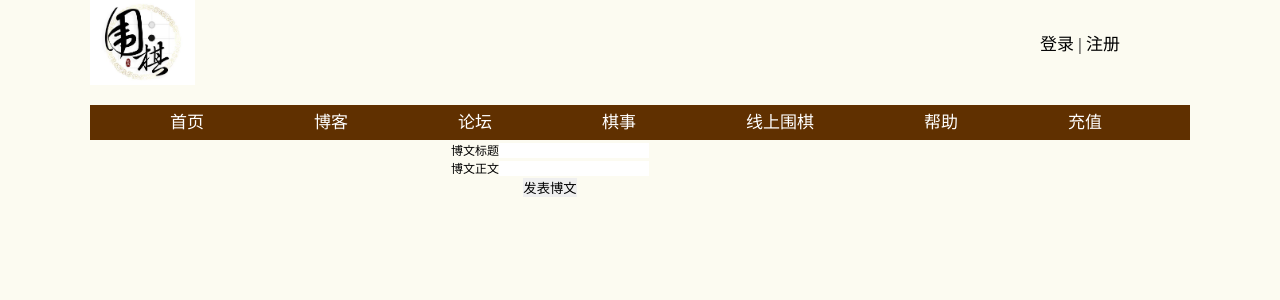
Repository: yxh0/Go
Page: http://localhost/keshe/keshe/blog_post.jsp
An editor plug-in stored every save of this project. The page is shown before and after the next save, followed by the edit.
The browser window is 1280 px wide. The pictures show the whole page.
The page is served by Tomcat 9. Other server files are loaded and not shown.

Above is the page before, as saved 2020-06-11 04:00:38.

### SoftwareProjectGo/keshe/WebContent/keshe/blog_post.jsp
<%@ page language="java" contentType="text/html; charset=UTF-8"
    pageEncoding="UTF-8"%>
<%@ page import="java.sql.*" %>
<!DOCTYPE html>
<html>
<head>
<meta charset="UTF-8">
<title>博客页面</title>
<link rel="stylesheet" href="css/init.css">
<link rel="stylesheet" href="css/public.css">
<link rel="stylesheet" href="css/blog_post.css">
</head>
<body>
	<div class="header w">
		<div class="logo">
			<img src="images/logo.jpg" alt="" />
		</div>
		<div class="login">
			<ul>
				<li>
					<a href="login.jsp">登录</a> |
					<a href="register.jsp">注册</a>
				</li>
			</ul>
		</div>
	</div>
	<!-- 导航栏 -->
	<div class="nav w">
		<div class="container">
			<ul class="left">
		    	<li><a href="index.jsp" >首页</a></li>
		    	<li><a href="blog.jsp" >博客</a></li>
		    	<li><a href="luntan.jsp" >论坛</a></li>
		    	<li><a href="qishi.jsp" >棋事</a></li>
		    	<li><a href="xianshangweiqi.jsp" >线上围棋</a></li>
		    	<li><a href="bangzhu.jsp" >帮助</a></li>
		    	<li><a href="chongzhi.jsp" >充值</a></li>
			</ul>
  		</div>
	</div>
	<div class="blogg">
		<div class="border w"></div>
		<form action="insertServlet?dataBase=weiqiluntan&tableName=chess_user" name="register" method="post">
			<center>
				博文标题<input name="blog_title" type="text" type="password" class="code"><br>
				博文正文<input name="blog_text" type="text" placeholder="" class="code"><br>
				<input type="submit" value="发表博文" class="now-register">
			</center>
         </form>
	</div>
</body>
</html>

### SoftwareProjectGo/keshe/WebContent/keshe/css/init.css
@charset "UTF-8";
/* 基础的初始化 */
* {
    margin: 0;
    padding: 0;
    box-sizing: border-box;
}
/* em 和 i 斜体的文字不倾斜 */
em,
i {
    font-style: normal
}

li {
    list-style: none
}

img {
    border: 0;
    vertical-align: middle
}

button {
    cursor: pointer
}

a {
    text-decoration: none
}

button,
input {
    font-family: Microsoft YaHei, Heiti SC, tahoma, arial, Hiragino Sans GB, "\5B8B\4F53", sans-serif;
    /* 默认有灰色边框我们需要手动去掉 */
    border: 0;
    outline: none;
}

body {
    -webkit-font-smoothing: antialiased;
    background-color: #fff;
    font: 12px/1.5 Microsoft YaHei, Heiti SC, tahoma, arial, Hiragino Sans GB, "\5B8B\4F53", sans-serif;
    color: black;
}

.hide,
.none {
    display: none
}
/* 清除浮动 */
.clearfix:after {
    visibility: hidden;
    clear: both;
    display: block;
    content: ".";
    height: 0
}

.clearfix {
    *zoom: 1
}

### SoftwareProjectGo/keshe/WebContent/keshe/css/public.css
@charset "UTF-8";
/* 版心 */
body {
	background-color: #fcfbf1;
}
.w {
    width: 1100px;
    margin: 0 auto;
}
.nav {
    height: 35px;
    background-color: #603000;
    line-height: 35px;
}
.nav ul li{
	float: left;
}
.nav li a{
	color: white;
	font-size: 17px;
	border-right: 20px;
	padding: 20px 30px;
	margin-left: 50px;
}
.nav li a:hover{
	color: yellow;
}
.header {
    position: relative;
    height: 105px;
}
.logo {
	position: absolute;
	width: 105px;
	height: 85px;
}
.logo img {
	width: 100%;
	height: 100%;
}
.login {
	margin-left: 950px;
	margin-top: 30px;
	position: absolute;
	font: 17px Microsoft YaHei;
	text-align: center;
}
.login li a{
	color: black;
}
.login li a:hover {
	color: #ebc21f;
}
.footer p {
    width: 250px;
    font-size: 20px;
    color: #7B7B7B;
    margin: 60px auto;
}

### SoftwareProjectGo/keshe/WebContent/keshe/css/blog_post.css
@charset "UTF-8";
.big {
	margin-top: 20px;
}
.self {
	float: left;
	margin-right: 30px;
}
.big .self h4,
.big .blogg h4 {
	width: 250px;
	border-bottom: solid 1px #603000;
	margin-bottom: 15px;
	font-size: 15px;
	weight: 500;
	color: #8f6a40;
}
.big .self button {
	width: 120px;
    height: 30px;
    margin: 10px 65px;
    border: 1px solid #E2E2E2;
    text-align: center;
    line-height: 30px;
    font-size: 15px;
    color: #000;
    background: #ededf1;
}
.big .self .info {
	margin-top: 15px;
	margin-left: 75px;
}
.big .self .info p{
	font-size: 14px;
	weight: 500;
	color: #909090;
}
.blogg {
	float: left;
}
.big .blogg h4,
.big .blogg .cont {
	width: 820px;
}
.big .blogg .cont h2 {
	margin: 5px;
}
.big .blogg .cont a {
	color: #000;
}
.big .blogg .cont a:hover {
	color: #ebc21f;
}
.big .blogg .cont p {
	margin-bottom: 35px;
	color: #8a8a8a;
}
.big .blogg .cont .people {
	font-size: 13px;
}

After the next save:
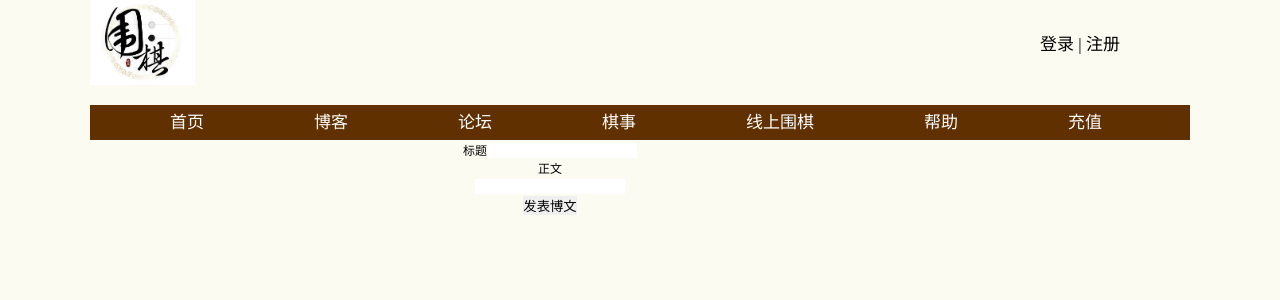
Saved 2 min 43 s later.
--- a/SoftwareProjectGo/keshe/WebContent/keshe/blog_post.jsp
+++ b/SoftwareProjectGo/keshe/WebContent/keshe/blog_post.jsp
@@ -42,8 +42,8 @@
 		<div class="border w"></div>
 		<form action="insertServlet?dataBase=weiqiluntan&tableName=chess_user" name="register" method="post">
 			<center>
-				博文标题<input name="blog_title" type="text" type="password" class="code"><br>
-				博文正文<input name="blog_text" type="text" placeholder="" class="code"><br>
+				标题<input name="blog_title" type="text" type="password" class="code"><br>
+				正文<br><input name="blog_text" type="text" placeholder="" class="code"><br>
 				<input type="submit" value="发表博文" class="now-register">
 			</center>
          </form>
